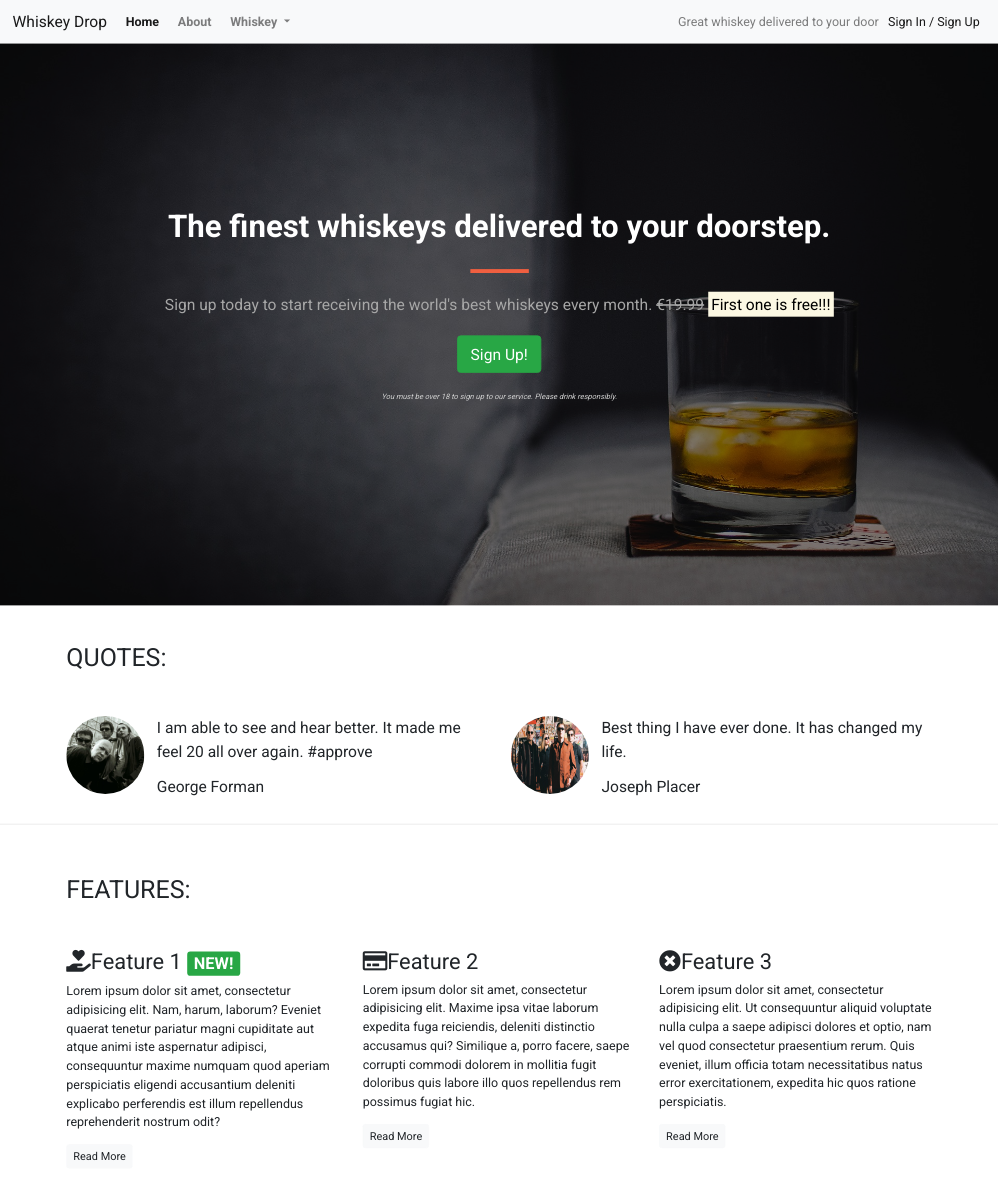
Repository: NamcorStudent/Dropdown-css
Page: bootstrap-whiskey/bootstrap.html
The author's editor kept a record of every edit. The page is drawn from the files as they stood at one moment, then again after the next edit.
The browser window is 1280 px wide. The pictures show the whole page, at 78% of full size.
Backgrounds fixed to the window are drawn as part of the page. Some web libraries are served in a nearby version.

Above is the page before.
Console error: TypeError: Cannot read properties of undefined (reading 'fn')

After the next edit:
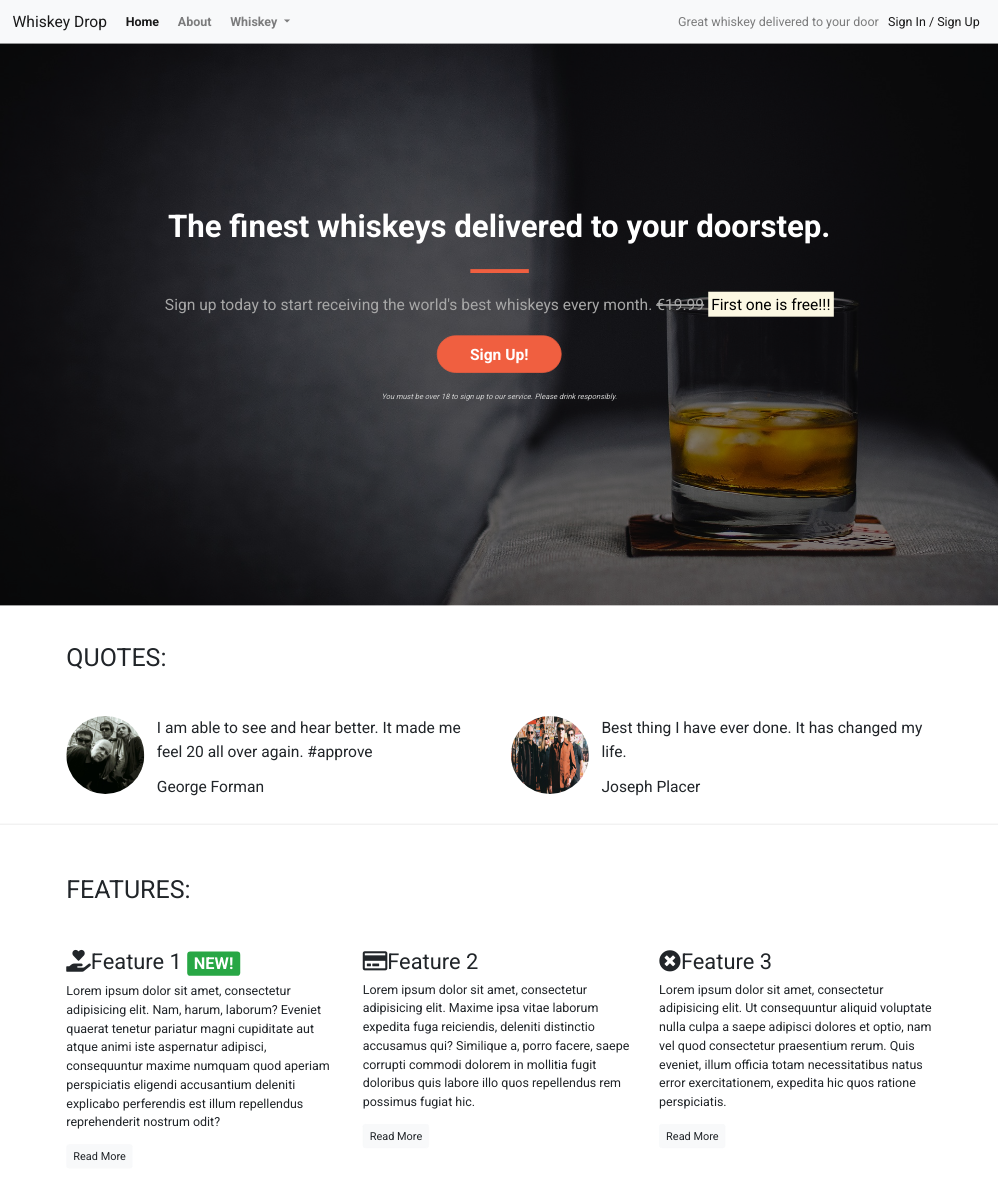
The edit:
--- a/bootstrap-whiskey/bootstrap.html
+++ b/bootstrap-whiskey/bootstrap.html
@@ -63,7 +63,7 @@
                         <s class="d-none d-sm-inline">€19.99</s>
                         <span class="d-inline d-sm-none"><br></span>
                         <strong><mark>First one is free!!!</mark></strong></p>
-                    <p><button class="btn btn-success btn-lg" data-toggle="modal" data-target="#signUpModal">Sign Up!</button></p>
+                    <p><button class="btn btn-lg btn-cta btn--red" data-toggle="modal" data-target="#signUpModal">Sign Up!</button></p>
                     <p class="text-muted"><small>You must be over 18 to sign up to our service. Please drink responsibly.</small></p>
                 </div>
             </div>
